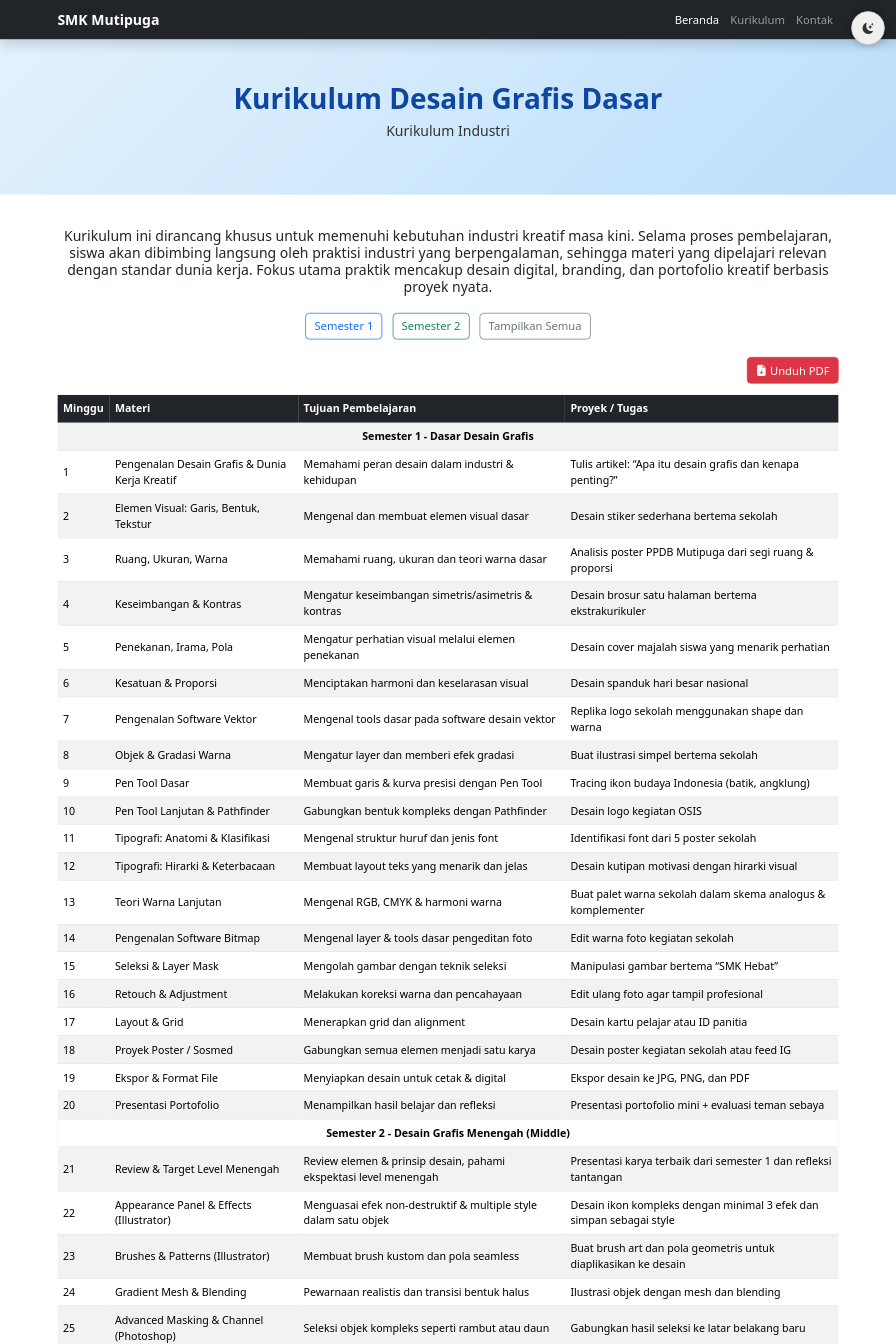
Repository: ppdbsmkmutipuga/kurikulumdesain
Page: index.html
The author's editor kept a copy of each file at every save. The page is drawn from the files as they stood at one save, then again after a run of saves.
The browser window is 1280 px wide. The pictures show the part of the page from y = 0 to 1920 px (the page is 2957 px tall before and 2963 px after), at 70% of full size.

Above is the page before, as saved 2025-07-01 05:24:10.

After the next 2 saves:
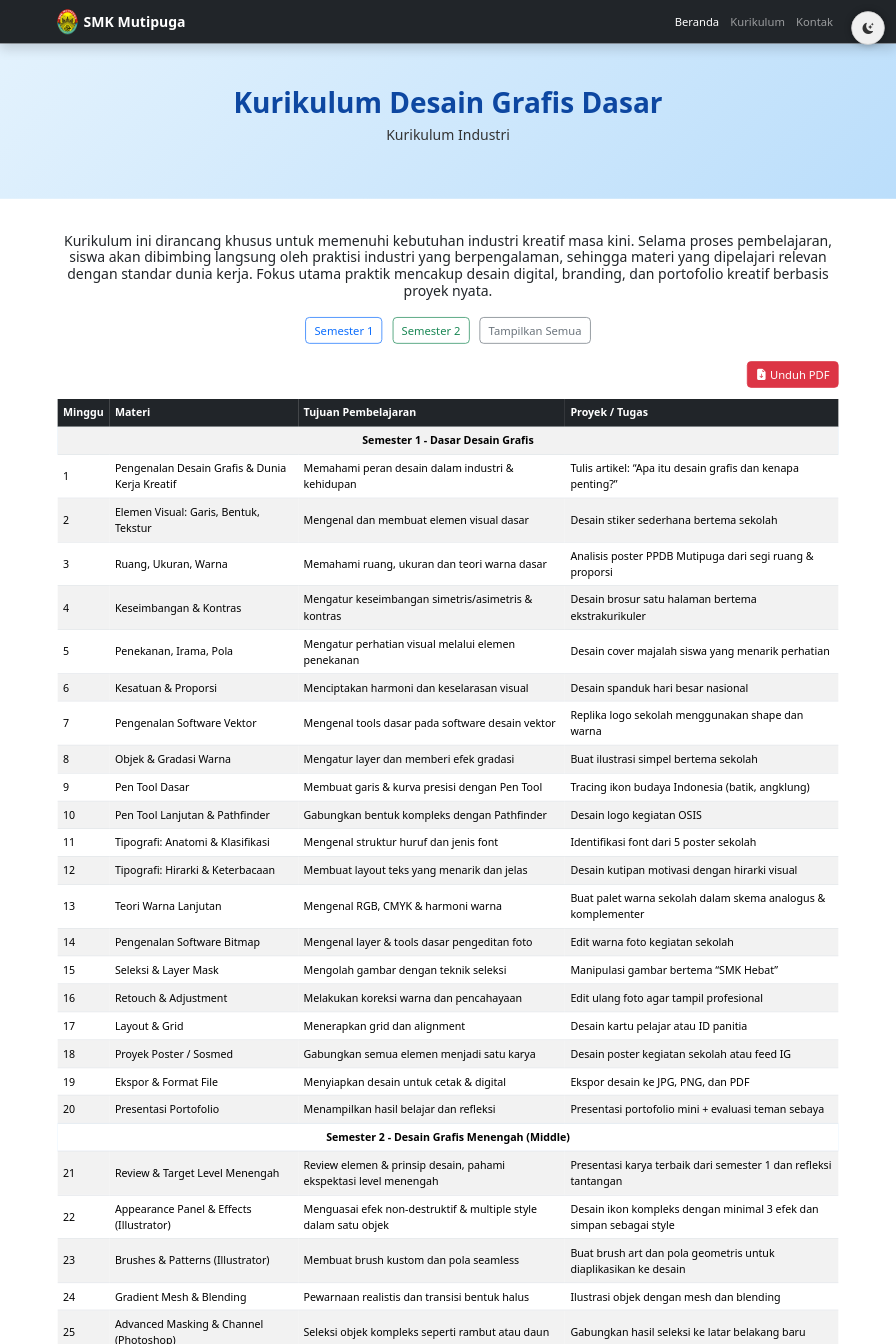
The 2 saves are shown as one change because they came seconds apart.
The last was saved 73 s later.
--- a/index.html
+++ b/index.html
@@ -23,7 +23,10 @@
     <!-- Navbar -->
     <nav class="navbar navbar-expand-lg navbar-dark bg-dark sticky-top shadow">
         <div class="container">
-            <a class="navbar-brand fw-bold" href="#">SMK Mutipuga</a>
+            <a class="navbar-brand d-flex align-items-center gap-2" href="#">
+                <img src="images/logo.png" alt="Logo SMK Mutipuga" height="36" />
+                <span class="fw-bold text-white">SMK Mutipuga</span>
+            </a>
             <button class="navbar-toggler" type="button" data-bs-toggle="collapse" data-bs-target="#navMenu"
                 aria-controls="navMenu" aria-expanded="false" aria-label="Toggle navigation">
                 <span class="navbar-toggler-icon"></span>
